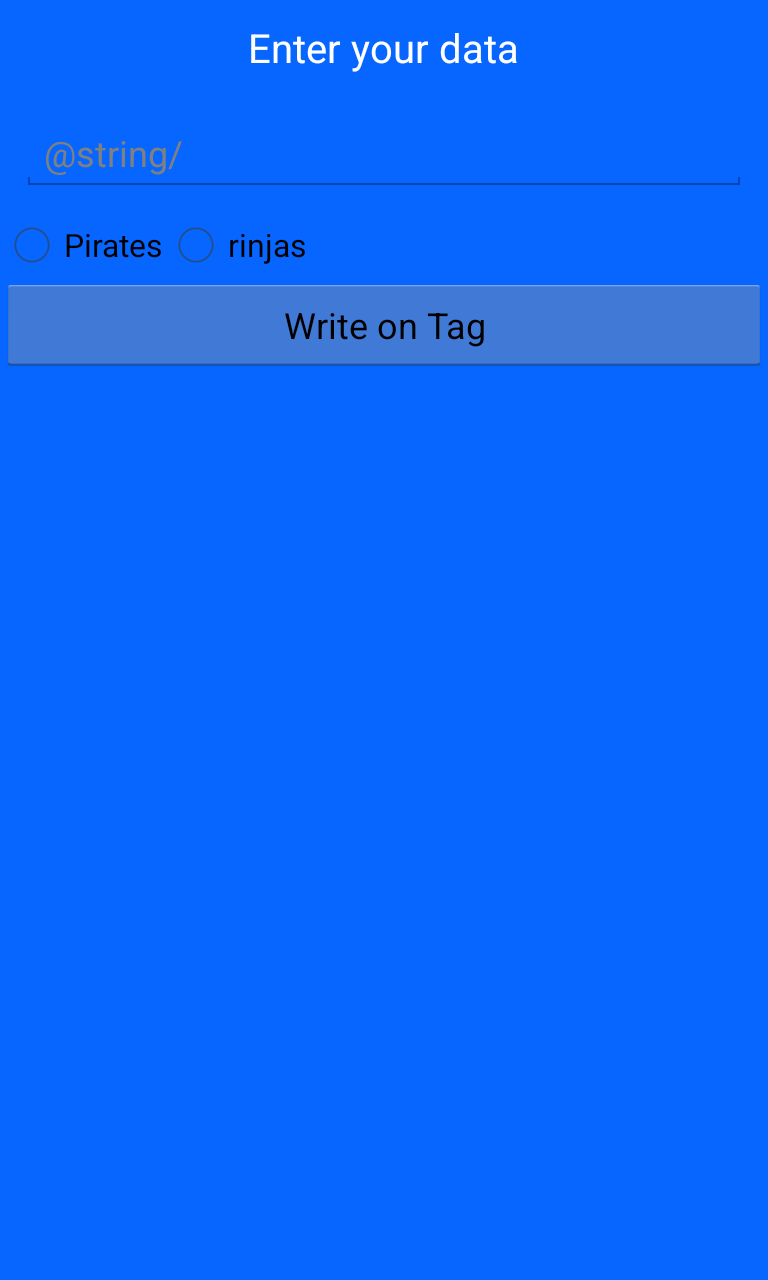
Repository: bwoldemi/LilyTrans
Layout: LilyHomeCare/res/layout/activity_writer.xml
The author's editor kept a copy of each file at every save. The layout is drawn from the files as they stood at one save, then again after the next save.
It is drawn on a 768 x 1280 px phone screen (xhdpi) without system bars, with theme AppTheme; the app's code is not run.

Above is the layout before, as saved 2014-10-14 09:01:49.

### LilyHomeCare/res/layout/activity_writer.xml
<LinearLayout xmlns:android="http://schemas.android.com/apk/res/android"
    xmlns:tools="http://schemas.android.com/tools"
    android:id="@+id/container"
    android:layout_width="match_parent"
    android:layout_height="match_parent"
    android:background="#0666FF"
    android:orientation="vertical"
    tools:context="lili.oulu.fi.MainActivity"
    tools:ignore="MergeRootFrame" >

    <TextView
        android:layout_width="wrap_content"
        android:layout_height="wrap_content"
        android:layout_gravity="center"
        android:layout_margin="10sp"
         android:textColor="#FFFFFF"
        android:text="@string/enter_your_data"
        android:textSize="20sp" />

    <EditText
        android:id="@+id/editTextMessage"
        android:layout_width="fill_parent"
        android:layout_height="wrap_content"
        android:layout_margin="10sp"
        android:hint="@string/"
        android:inputType="text" />

    <RadioGroup
        android:layout_width="fill_parent"
        android:layout_height="wrap_content"
        android:orientation="horizontal" >

        <RadioButton
            android:id="@+id/radio_pirates"
            android:layout_width="wrap_content"
            android:layout_height="wrap_content"
            android:onClick="onRadioButtonClicked"
            android:text="Pirates" />

        <RadioButton
            android:id="@+id/radio_ninjas"
            android:layout_width="wrap_content"
            android:layout_height="wrap_content"
            android:onClick="onRadioButtonClicked"
            android:text="rinjas" />
    </RadioGroup>

    <Button
        android:layout_width="fill_parent"
        android:layout_height="wrap_content"
        android:onClick="writeOnTag"
        android:text="@string/tagWriterText" />

</LinearLayout>

### LilyHomeCare/res/values/strings.xml
<?xml version="1.0" encoding="utf-8"?>
<resources>

    <string name="app_name">LILI HomeCare</string>
    <string name="hello_world">Hello world!</string>
    <string name="action_settings">Settings</string>
    <string name="db">History</string>
    <string name="move_nfc">Please Scan the front door NFC tag!</string>
    <string name="title_activity_history">History</string>
    <string name="about">About</string>
    <string name="help">Help</string>
    <string name="Nfc_write">Write </string>
    <string name="Nfc_Read">Read </string>
    <string name="archive">archive</string>
    <string name="title_activity_help">Help</string>
    <string name="title_activity_read">Read</string>
    <string name="title_activity_write">Write</string>
    <string name="tagReader">Tag Reader</string>
    <string name="tagWriter">Tag Writer</string>
    <string name="tagReaderText">TAG READER</string>
    <string name="tagWriterText">Write on Tag</string>
    <string name="tag_writer">Please Move Your Phone To NFC Tag</string>
    <string name="title_activity_writer">Writer</string>
    <string name="enter_your_data">Enter your data </string>
    <string name="hint_enter_your_data">e.g TAG001</string>

</resources>

Loaded but not shown: LilyHomeCare/res/values/styles.xml (common file); LilyHomeCare/res/values-v11/styles.xml (common file); LilyHomeCare/res/values-v14/styles.xml (common file)

After the next save:
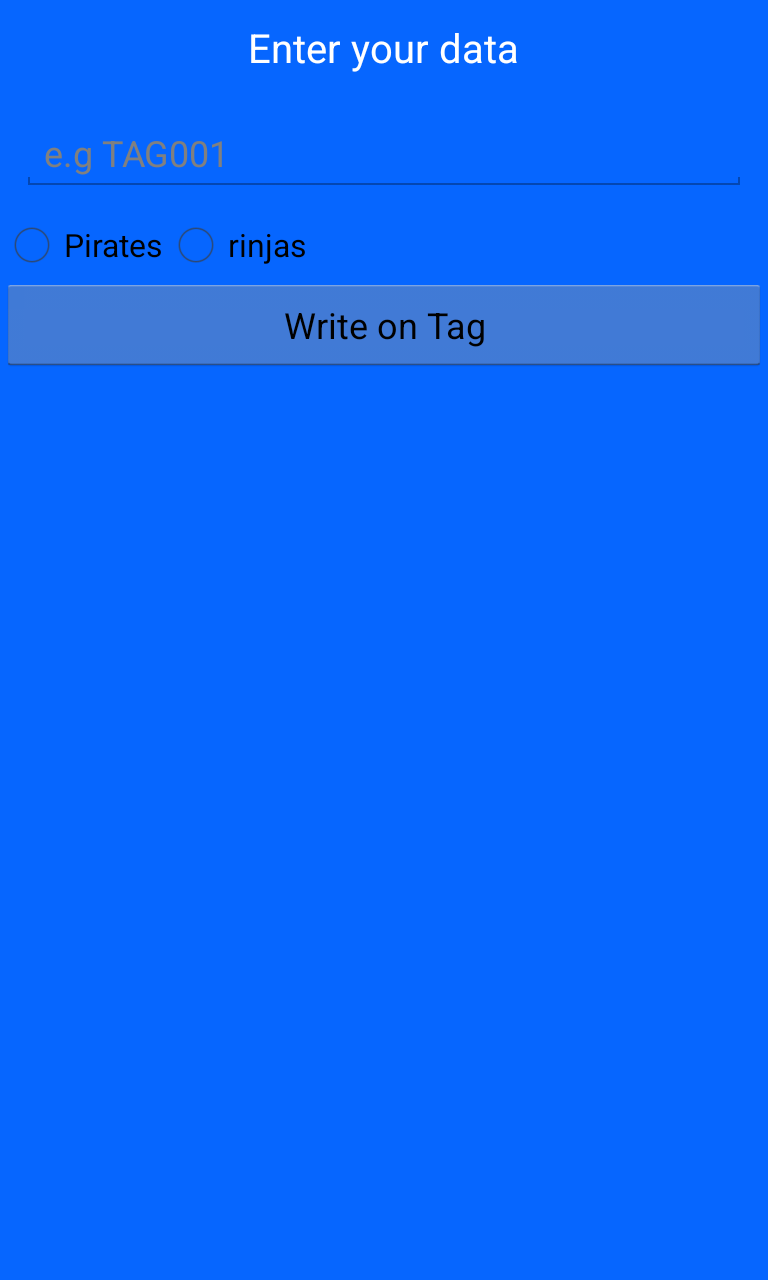
Saved 34 s later.
--- a/LilyHomeCare/res/layout/activity_writer.xml
+++ b/LilyHomeCare/res/layout/activity_writer.xml
@@ -22,7 +22,7 @@
         android:layout_width="fill_parent"
         android:layout_height="wrap_content"
         android:layout_margin="10sp"
-        android:hint="@string/"
+        android:hint="@string/hint_enter_your_data"
         android:inputType="text" />
 
     <RadioGroup
